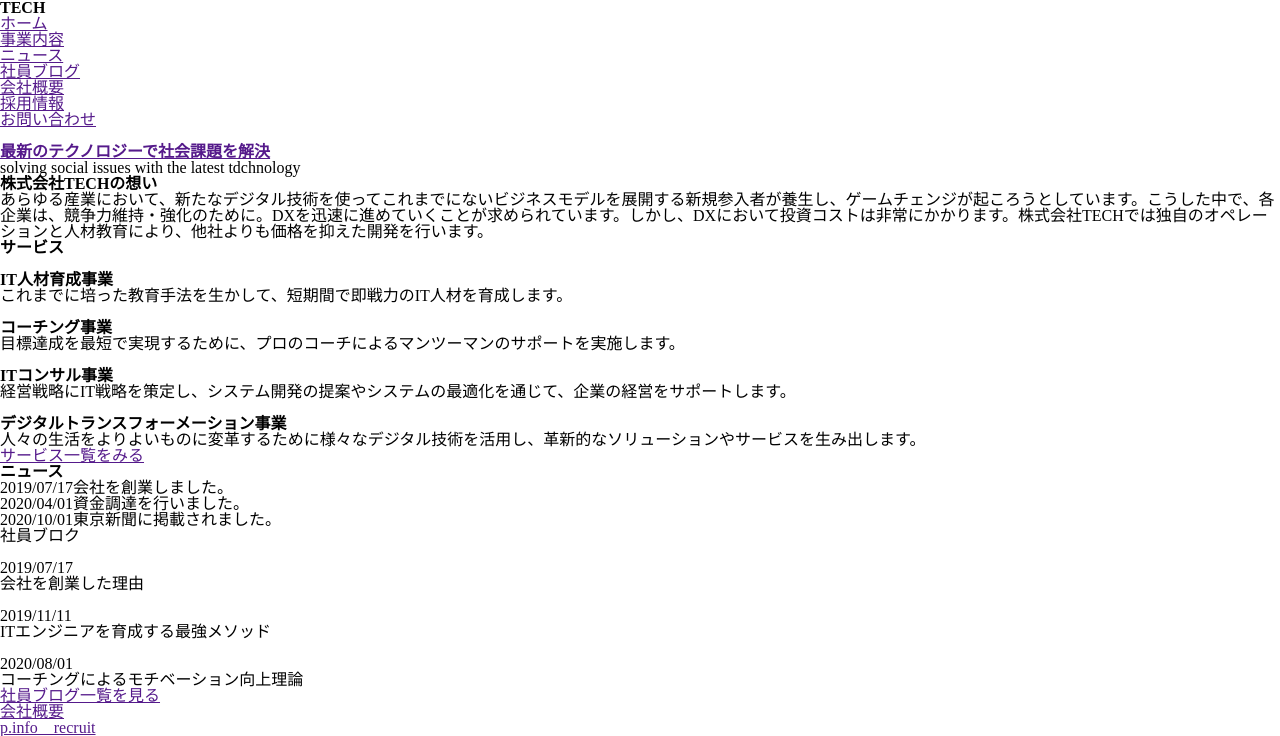
Repository: masanarimiura/20220516_miura
Page: index.html
An editor plug-in stored every save of this project. The page is shown before and after a run of saves, followed by the edit.
The browser window is 1280 px wide. The pictures show the whole page.

Above is the page before, as saved 2022-05-13 15:43:46.

### index.html
<!DOCTYPE html>
<html lang="ja">

<head>
  <meta charset="UTF-8">
  <meta http-equiv="X-UA-Compatible" content="IE=edge">
  <meta name="viewport" content="width=device-width, initial-scale=1.0">
  <title>Document</title>
  <link rel="stylesheet" href="css/reset.css">
  <link rel="stylesheet" href="css/index.css">
</head>

<body>

  <header class="header">
    <h2 class="header__ttl">TECH</h2>
    <nav class="header__nav">
      <ul>
        <li><a href="" class="header__nav__item1">ホーム</a></li>
        <li><a href="" class="header__nav__item2">事業内容</a></li>
        <li><a href="" class="header__nav__item3">ニュース</a></li>
        <li><a href="" class="header__nav__item4">社員ブログ</a></li>
        <li><a href="" class="header__nav__item5">会社概要</a></li>
        <li><a href="" class="header__nav__item6">採用情報</a></li>
        <li><a href="" class="header__nav__item7">お問い合わせ</a></li>
      </ul>
    </nav>
  </header>

  <div class="eyecatch">
    <img src="" alt="" class="eyecatch__img">
    <div class="eyecatch__content">
      <h2 class="eyecatch__content__ttl"><a href="" class="link">最新のテクノロジーで社会課題を解決</a></h2>
      <p class="eyecatch__content__ttl">solving social issues with the latest tdchnology</p>
    </div>
  </div>

  <div class="message">
    <h1 class="message__ttl">株式会社TECHの想い</h1>
    <p class="message__txt">
      あらゆる産業において、新たなデジタル技術を使ってこれまでにないビジネスモデルを展開する新規参入者が養生し、ゲームチェンジが起ころうとしています。こうした中で、各企業は、競争力維持・強化のために。DXを迅速に進めていくことが求められています。しかし、DXにおいて投資コストは非常にかかります。株式会社TECHでは独自のオペレーションと人材教育により、他社よりも価格を抑えた開発を行います。
    </p>
  </div>

  <div class="service">
    <h2 class="service__ttl">サービス</h2>
    <div class="service__inner">
      <div class="service__box1">
        <img src="" alt="" class="service__box__img">
        <h3 class="service__box__ttl">IT人材育成事業</h3>
        <p class="service__box__txt">これまでに培った教育手法を生かして、短期間で即戦力のIT人材を育成します。</p>
      </div>
      <div class="service__box2">
        <img src="" alt="" class="service__box__img">
        <h3 class="service__box__ttl">コーチング事業</h3>
        <p class="service__box__txt">目標達成を最短で実現するために、プロのコーチによるマンツーマンのサポートを実施します。</p>
      </div>
      <div class="service__box3">
        <img src="" alt="" class="service__box__img">
        <h3 class="service__box__ttl">ITコンサル事業</h3>
        <p class="service__box__txt">経営戦略にIT戦略を策定し、システム開発の提案やシステムの最適化を通じて、企業の経営をサポートします。</p>
      </div>
      <div class="service__box4">
        <img src="" alt="" class="service__box__img">
        <h3 class="service__box__ttl">デジタルトランスフォーメーション事業</h3>
        <p class="service__box__txt">人々の生活をよりよいものに変革するために様々なデジタル技術を活用し、革新的なソリューションやサービスを生み出します。</p>
      </div>
    </div>
    <div class="service__link"><a href="" class="">サービス一覧をみる</a></div>
  </div>

  <div class="news">
    <div class="news__ttl">
      <h2 class="news__ttl-txt">ニュース</h2>
      <div class="news__ttl-link"><a href=""></a></div>
    </div>
    <div class="news__content">
      <ul class="news__content-inner">
        <li class="news__content-tpic1">
          <p><a herf="">2019/07/17<span>会社を創業しました。</span></a></p>
        </li>
        <li class="news__content-tpic2">
          <p><a herf="">2020/04/01<span>資金調達を行いました。</span></a></p>
        </li>
        <li class="news__content-tpic3">
          <p><a herf="">2020/10/01<span>東京新聞に掲載されました。</span></a></p>
        </li>
      </ul>
    </div>
  </div>

  <div class="blog">
    <h class="blog__ttl">社員ブロク</h>
    <div class="blog__inner">
      <div class="blog__box1">
        <a href=""><img src="" alt="" class="blog__img"></a>
        <p class="blog__date">2019/07/17</p>
        <p class="blog__txt">会社を創業した理由</p>
      </div>
      <div class="blog__box2">
        <a href=""><img src="" alt="" class="blog__img"></a>
        <p class="blog__date">2019/11/11</p>
        <p class="blog__txt">ITエンジニアを育成する最強メソッド</p>
      </div>
      <div class="blog__box3">
        <a href=""><img src="" alt="" class="blog__img"></a>
        <p class="blog__date">2020/08/01</p>
        <p class="blog__txt">コーチングによるモチベーション向上理論</p>
      </div>
    </div>
    <div class="blog__link"><a href="">社員ブログ一覧を見る</a></div>
  </div>

  <div class="info">
    <a href="">
      <div class="info__company">
        <p class="info__company__ttl">会社概要</p>
      </div>
    </a>
    <a href="">
      <div class="info__recruit">
        p.info__recruit
      </div>
    </a>
  </div>



  <script src="js/main.js"></script>
</body>

</html>

### css/reset.css
/*
html5doctor.com Reset Stylesheet
v1.6.1
Last Updated: 2010-09-17
Author: Richard Clark - http://richclarkdesign.com
Twitter: @rich_clark
*/
html,
body,
div,
span,
object,
iframe,
h1,
h2,
h3,
h4,
h5,
h6,
p,
blockquote,
pre,
abbr,
address,
cite,
code,
del,
dfn,
em,
img,
ins,
kbd,
q,
samp,
small,
strong,
sub,
sup,
var,
b,
i,
dl,
dt,
dd,
ol,
ul,
li,
fieldset,
form,
label,
legend,
table,
caption,
tbody,
tfoot,
thead,
tr,
th,
td,
article,
aside,
canvas,
details,
figcaption,
figure,
footer,
header,
hgroup,
menu,
nav,
section,
summary,
time,
mark,
audio,
video {
  margin: 0;
  padding: 0;
  border: 0;
  outline: 0;
  font-size: 100%;
  vertical-align: baseline;
  background: transparent;
}

body {
  line-height: 1;
}

article,
aside,
details,
figcaption,
figure,
footer,
header,
hgroup,
menu,
nav,
section {
  display: block;
}

nav ul {
  list-style: none;
}

blockquote,
q {
  quotes: none;
}

blockquote:before,
blockquote:after,
q:before,
q:after {
  content: "";
  content: none;
}

a {
  margin: 0;
  padding: 0;
  font-size: 100%;
  vertical-align: baseline;
  background: transparent;
}

/* change colours to suit your needs */
ins {
  background-color: #ff9;
  color: #000;
  text-decoration: none;
}

/* change colours to suit your needs */
mark {
  background-color: #ff9;
  color: #000;
  font-style: italic;
  font-weight: bold;
}

del {
  text-decoration: line-through;
}

abbr[title],
dfn[title] {
  border-bottom: 1px dotted;
  cursor: help;
}

table {
  border-collapse: collapse;
  border-spacing: 0;
}

/* change border colour to suit your needs */
hr {
  display: block;
  height: 1px;
  border: 0;
  border-top: 1px solid #cccccc;
  margin: 1em 0;
  padding: 0;
}

input,
select {
  vertical-align: middle;
}

Loaded but not shown: css/index.css (no copy from this time; the picture is the same without it); js/main.js (no copy from this time; the picture is the same without it)

After the next 2 saves:
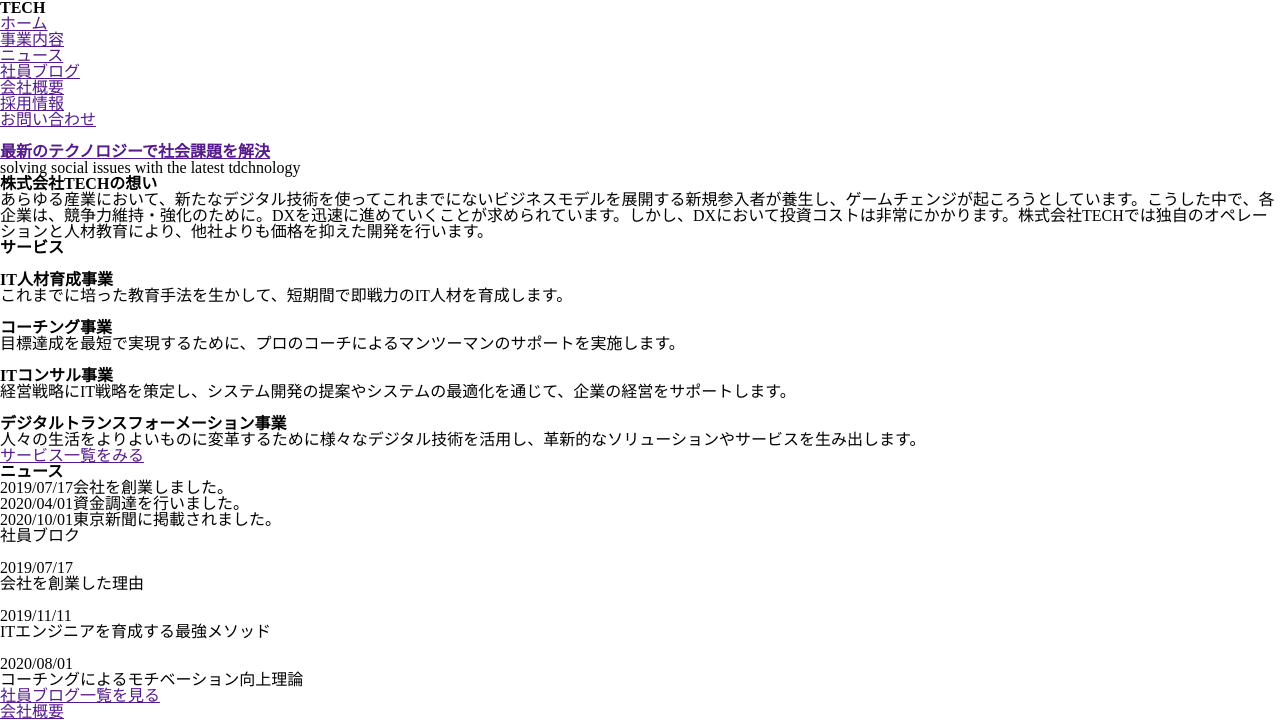
The 2 saves are shown as one change because they came seconds apart.
The last was saved 10 s later.
--- a/index.html
+++ b/index.html
@@ -119,7 +119,7 @@
     </a>
     <a href="">
       <div class="info__recruit">
-        p.info__recruit
+        <p class="info__recruit__ttl"></p>
       </div>
     </a>
   </div>
